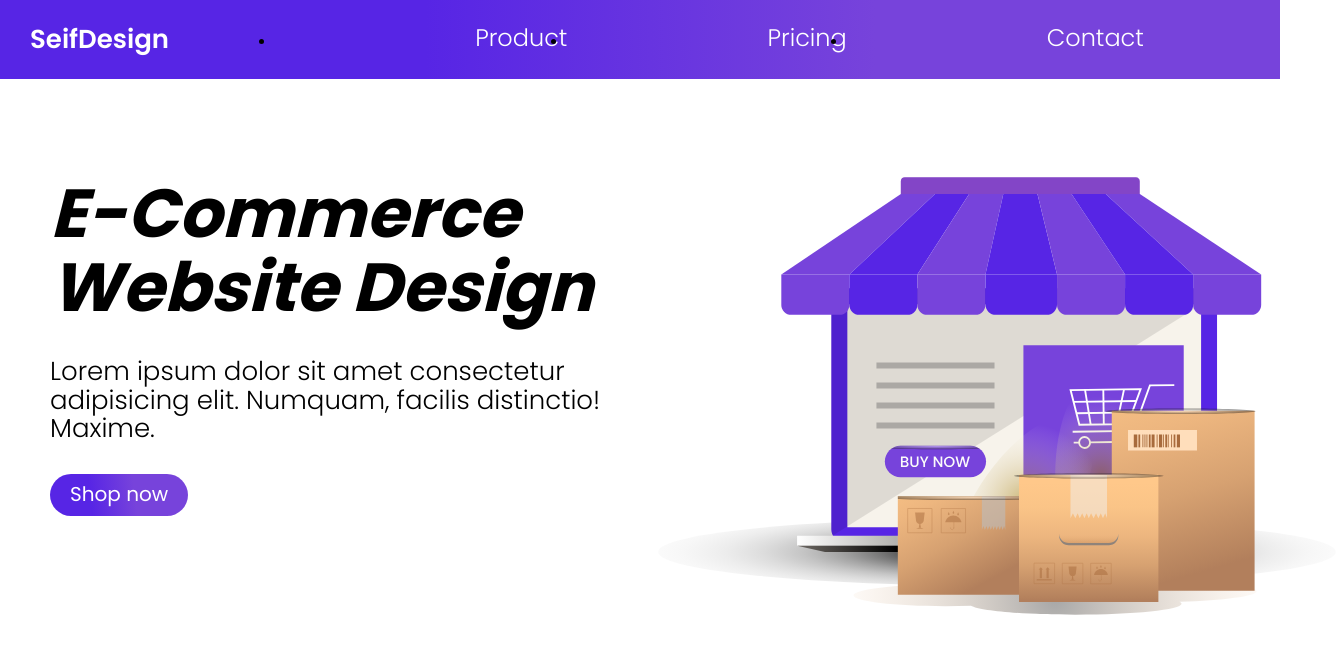
Repository: MehdiKerimov/figma-task-19
Page: pages/homePage/index.html
An editor plug-in stored every save of this project. The page is shown before and after the next save, followed by the edit.
The browser window is 1280 px wide. The page is 1336 px wide, so the pictures cover 1336 px, including what lies to the right of the window. The pictures show the whole page.
The style sheet was rebuilt from its Sass, Less or Tailwind sources for each picture, by a compiler version that may differ from the author's.

Above is the page before, as saved 2024-01-20 15:38:30.

### pages/homePage/index.html
<!DOCTYPE html>
<html lang="en">
  <head>
    <meta charset="UTF-8" />
    <meta name="viewport" content="width=device-width, initial-scale=1.0" />
    <title>Document</title>
    <link rel="stylesheet" href="../../assets/css/reset.css" />
    <link rel="stylesheet" href="index.css" />
  </head>
  <body>
    <div class="container">
      <nav>
        <h1>SeifDesign</h1>
        <ul>
          <li>
                    <a href="">Product</a>

          </li>
          <li>
                    <a href="">Pricing</a>

          </li>
          <li>        <a href="">Contact</a>
</li>
        </ul>
        <div class="menu-list">
          <a href="#"></a>
        </div>
        <button class="open-btn">
          <svg xmlns="http://www.w3.org/2000/svg" width="37" height="38" viewBox="0 0 37 38" fill="none">
            <rect y="9.5" width="37" height="3" rx="1.5" fill="#D9D9D9"/>
            <rect y="17.5" width="37" height="3" rx="1.5" fill="#D9D9D9"/>
            <rect y="25.5" width="37" height="3" rx="1.5" fill="#D9D9D9"/>
          </svg>
        </button>
      </nav>
      <main>
        <div class="left-container">
          <h2>E-Commerce Website Design</h2>
          <p>
            Lorem ipsum dolor sit amet consectetur adipisicing elit. Numquam,
            facilis distinctio! Maxime.
          </p>
          <button><a href="">Shop now</a></button>
        </div>

        <img src="../../assets/images/Group (3).svg" alt="" />
      </main>
    </div>
  </body>
</html>

### assets/css/reset.css
*{
    margin: 0;
    padding: 0;
    box-sizing: border-box;
}

button{
    border: none;
    background: none;
}
a{
    text-decoration: none;
}

### pages/homePage/index.scss
@import url("https://fonts.googleapis.com/css2?family=Poppins:wght@300;400;600;700&display=swap");
.container {
  min-height: 100vh;
  /* padding: 30px 30px 43px 30px; */
  nav {
    padding: 20px 30px;
    display: flex;
    justify-content: space-between;
    background: linear-gradient(270deg, #7743db 31.64%, #5725e5 66.78%);
    h1 {
      color: #fff;
      font-family: Poppins;
      font-size: 26px;
      font-style: normal;
      font-weight: 600;
      line-height: normal;
    }
    ul{
      display: flex;
      @media screen and (max-width:1024px) {
      display: none;;
      }
      a {
        text-decoration: none;
        margin-left: 200px;
        color: #fff;
        text-align: center;
        font-family: Poppins;
        font-size: 24px;
        font-style: normal;
        font-weight: 300;
        line-height: normal;
      }
    }
.open-btn{
display: none;
@media screen and (max-width:1024px) {
display: block;
}
}
  }
  main {
    display: flex;
    padding: 98px 50px 43px 50px;
    @media screen and (max-width:1024px) {
      flex-direction: column-reverse;
    }
    h2 {
      width: 608px;
      font-family: Poppins;
      font-size: 68px;
      font-style: italic;
      font-weight: 700;
      line-height: 109%;
    }
    p {
      margin-top: 32px;
      margin-bottom: 32px;
      width: 608px;
      color: #000;
      font-family: Poppins;
      font-size: 26px;
      font-style: normal;
      font-weight: 300;
      line-height: 109%;
    }
    button {
      padding: 10px 20px;
      border-radius: 25px;
      background: linear-gradient(263deg, #7743db 38.81%, #5725e5 70.24%);
      a {
        color: #fff;
        font-family: Poppins;
        font-size: 20px;
        font-style: normal;
        font-weight: 400;
        line-height: 109%;
      }
    }
  }
}

After the next save:
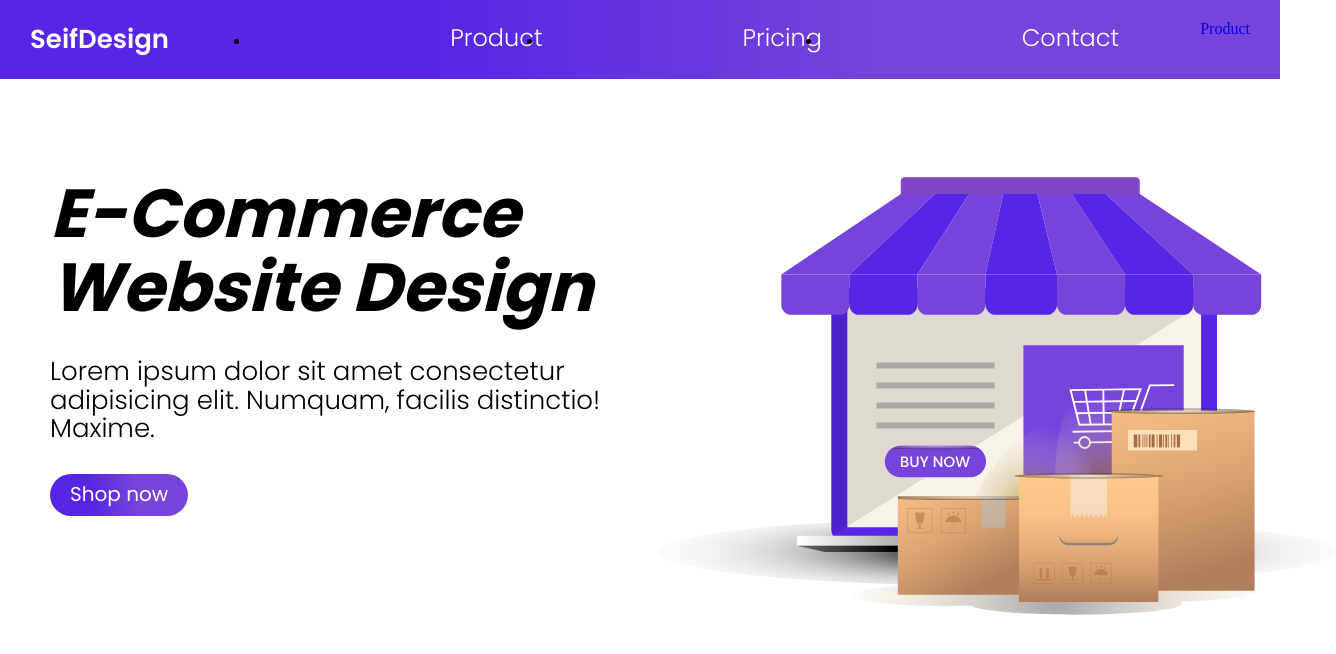
Saved 9 s later.
--- a/pages/homePage/index.html
+++ b/pages/homePage/index.html
@@ -24,7 +24,7 @@
 </li>
         </ul>
         <div class="menu-list">
-          <a href="#"></a>
+          <a href="#">Product</a>
         </div>
         <button class="open-btn">
           <svg xmlns="http://www.w3.org/2000/svg" width="37" height="38" viewBox="0 0 37 38" fill="none">
